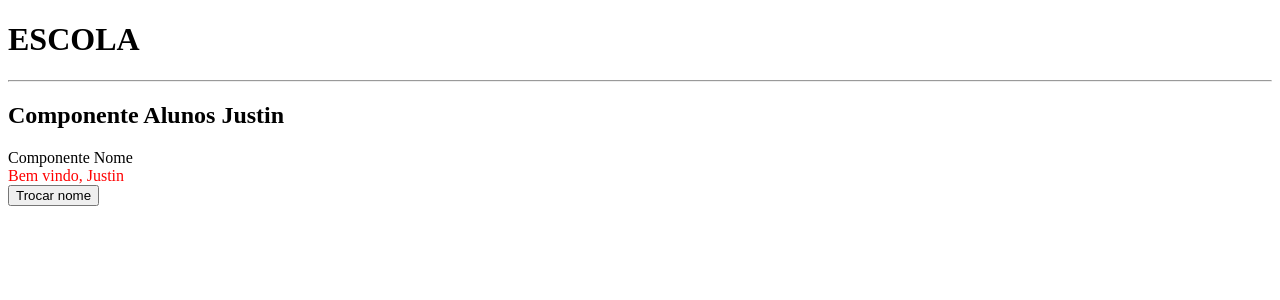
Repository: joaoaspimienta/estudos-de-context-api
Page: /
These files come from the project's save history. The page is drawn as it stood at one moment and after the next save; the edit follows.
The browser window is 1280 px wide. The pictures show the whole page.
The project was rebuilt for these pictures with package versions that can differ from the ones it lists, and the page was loaded fresh each time.

Above is the page before, as saved 2022-06-19 19:13:55.

### src/App.js
import { useState } from "react";
import Alunos from "./components/Alunos";
import UserProvider from "./contexts/user";

function App() {
  const [nomeAluno, setNomeAluno] = useState("Justin");

  return (
    <UserProvider>
      <div>
        <h1>ESCOLA</h1>
        <hr />
        <Alunos nome={nomeAluno} mudaNome={setNomeAluno} />
      </div>
    </UserProvider>
  );
}

export default App;

### src/components/Alunos/index.js
import Nome from "../Nome";

function Alunos({ nome, mudaNome }) {
  return (
    <div>
      <h2>Componente Alunos {nome}</h2>
      <Nome nome={nome} mudaNome={mudaNome} />
    </div>
  );
}

export default Alunos;

### src/contexts/user.js
import { useState, createContext } from "react";

export const UserContext = createContext({});

function UserProvider({ children }) {
  return <UserContext.Provider>{children}</UserContext.Provider>;
}

export default UserProvider;

### src/components/Nome/index.js
function Nome({ nome, mudaNome }) {
  return (
    <div>
      <span>Componente Nome</span> <br />
      <span style={{ color: "#FF0000" }}>Bem vindo, {nome}</span>
      <br />
      <button
        onClick={() => {
          mudaNome("EMIYA");
        }}
      >
        Trocar nome
      </button>
    </div>
  );
}

export default Nome;

Loaded but not shown: public/index.html (common file); src/index.js (common file)

After the next save:
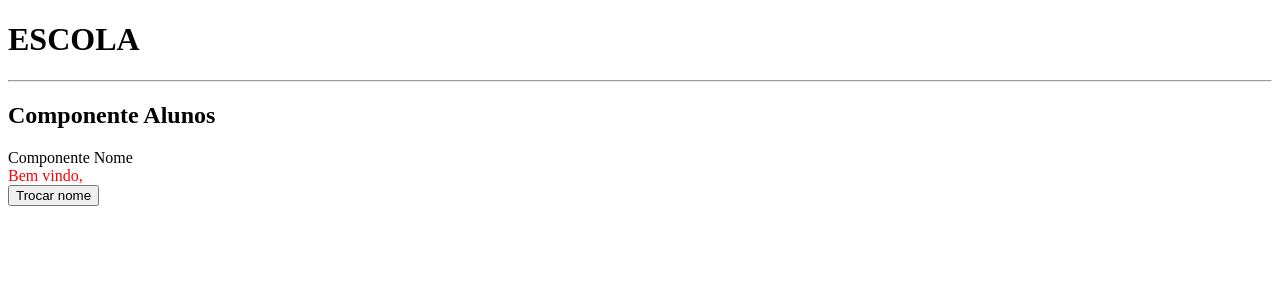
Saved 41 s later.
--- a/src/App.js
+++ b/src/App.js
@@ -10,7 +10,7 @@ function App() {
       <div>
         <h1>ESCOLA</h1>
         <hr />
-        <Alunos nome={nomeAluno} mudaNome={setNomeAluno} />
+        <Alunos />
       </div>
     </UserProvider>
   );
